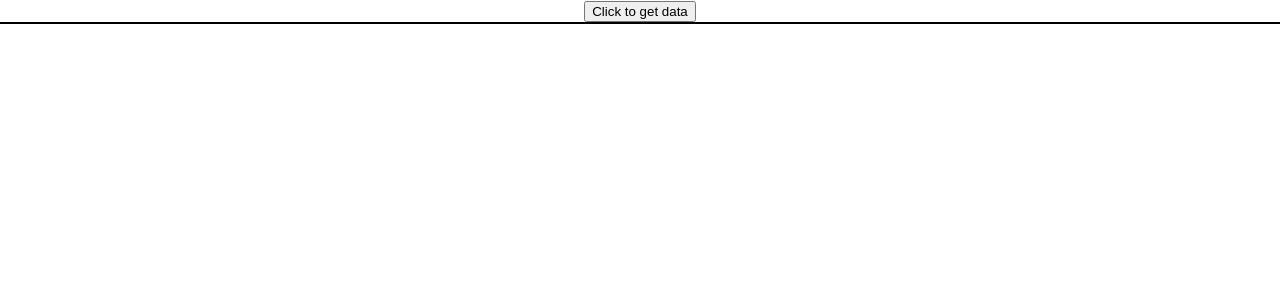
Repository: xxk3990/xander-michelle-react
Page: / (app in react-app/)
These files come from the project's save history. The page is drawn as it stood at one moment and after the next save; the edit follows.
The browser window is 1280 px wide. The pictures show the whole page.
The page's requests for data from a server got no answer. The project was rebuilt for these pictures with package versions that can differ from the ones it lists, and the page was loaded fresh each time. No one was signed in, and anything a server would have sent is missing. Also part of the build but not shown: react-app/src/call.js.

Above is the page before, as saved 2022-08-21 14:09:41.

After the next save:
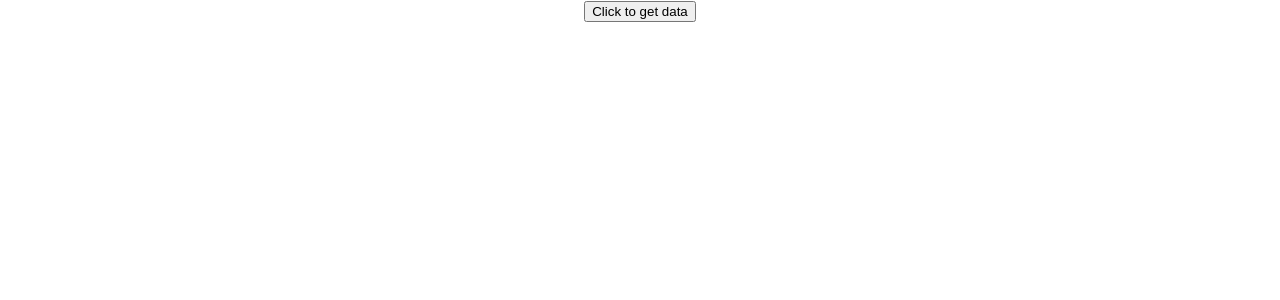
Saved 48 s later.
--- a/react-app/src/App.js
+++ b/react-app/src/App.js
@@ -6,7 +6,7 @@ function App() {
   return (
     <div className="App">
       <button type = "button" onClick ={meteorData.makeCall()}>Click to get data</button>
-      <section id = "data-grid">
+      <section className = "data-grid">
 
       </section>
     </div>
